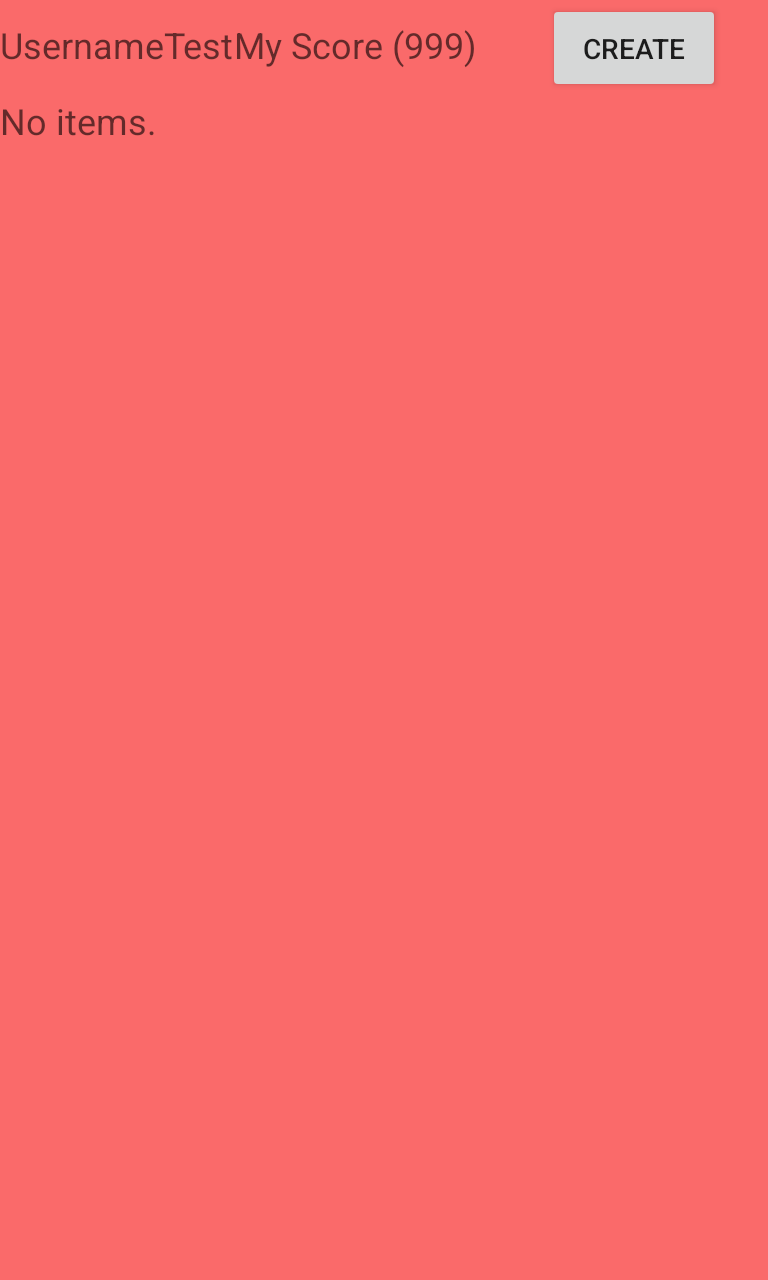
Repository: quantumlicht/android-capstone
Layout: capstone_client/res/layout/fragment_created_quiz.xml
An editor plug-in stored every save of this project. The layout is shown before and after the next save, followed by the edit.
It is drawn on a 768 x 1280 px phone screen (xhdpi) without system bars, with theme AppTheme; the app's code is not run. Lists and similar views that code fills are empty. The app's manifest (not shown) leaves right-to-left support off. So textAlignment, textDirection and layoutDirection are ignored, and left and right values win over start and end ones.

Above is the layout before, as saved 2014-11-15 03:19:44.

### capstone_client/res/layout/fragment_created_quiz.xml
<?xml version="1.0" encoding="utf-8"?>
<LinearLayout xmlns:android="http://schemas.android.com/apk/res/android"
    android:layout_width="match_parent"
    android:layout_height="match_parent"
    android:background="#fa6a6a"
    android:orientation="vertical" >

    <LinearLayout
        android:layout_width="match_parent"
        android:layout_height="wrap_content" >

        <TextView
            android:id="@+id/username"
            android:layout_width="wrap_content"
            android:layout_height="wrap_content"
            android:text="Username"
            android:textAppearance="?android:attr/textAppearanceMedium" />


          <TextView
            android:id="@+id/test"
            android:layout_width="wrap_content"
            android:layout_height="wrap_content"
            android:text="Test"
            android:textAppearance="?android:attr/textAppearanceMedium" />

        <TextView
            android:id="@+id/textView2"
            android:layout_width="156dp"
            android:layout_height="wrap_content"
            android:gravity="fill_horizontal|right"
            android:text="My Score (999)"
            android:textAlignment="gravity"
            android:textAppearance="?android:attr/textAppearanceMedium" />

        <Button
             android:id="@+id/createButton"
             android:layout_width="wrap_content"
             android:layout_height="wrap_content"
             android:text="Create" />
    </LinearLayout>

    <FrameLayout
        android:layout_width="match_parent"
        android:layout_height="299dp" >


        <ListView
            android:id="@+id/list"
            android:layout_width="match_parent"
            android:layout_height="match_parent"
            android:drawSelectorOnTop="false" />

        <TextView
            android:id="@id/android:list"
            android:layout_width="match_parent"
            android:layout_height="match_parent"
            android:text="No items."
            android:textAppearance="?android:attr/textAppearanceMedium" />

    </FrameLayout>

</LinearLayout>

### capstone_client/res/values/styles.xml
<resources>

    <!--
        Base application theme, dependent on API level. This theme is replaced
        by AppBaseTheme from res/values-vXX/styles.xml on newer devices.
    -->
    <style name="AppBaseTheme" parent="Theme.AppCompat.Light">
        <!--
            Theme customizations available in newer API levels can go in
            res/values-vXX/styles.xml, while customizations related to
            backward-compatibility can go here.
        -->
    </style>

    <!-- Application theme. -->
    <style name="AppTheme" parent="AppBaseTheme">
        <!-- All customizations that are NOT specific to a particular API-level can go here. -->
    </style>

    <declare-styleable name="FragmentArguments">
    	<attr name="android:label" />
	</declare-styleable>

</resources>

Loaded but not shown: capstone_client/res/values-v11/styles.xml (common file); capstone_client/res/values-v14/styles.xml (common file)

After the next save:
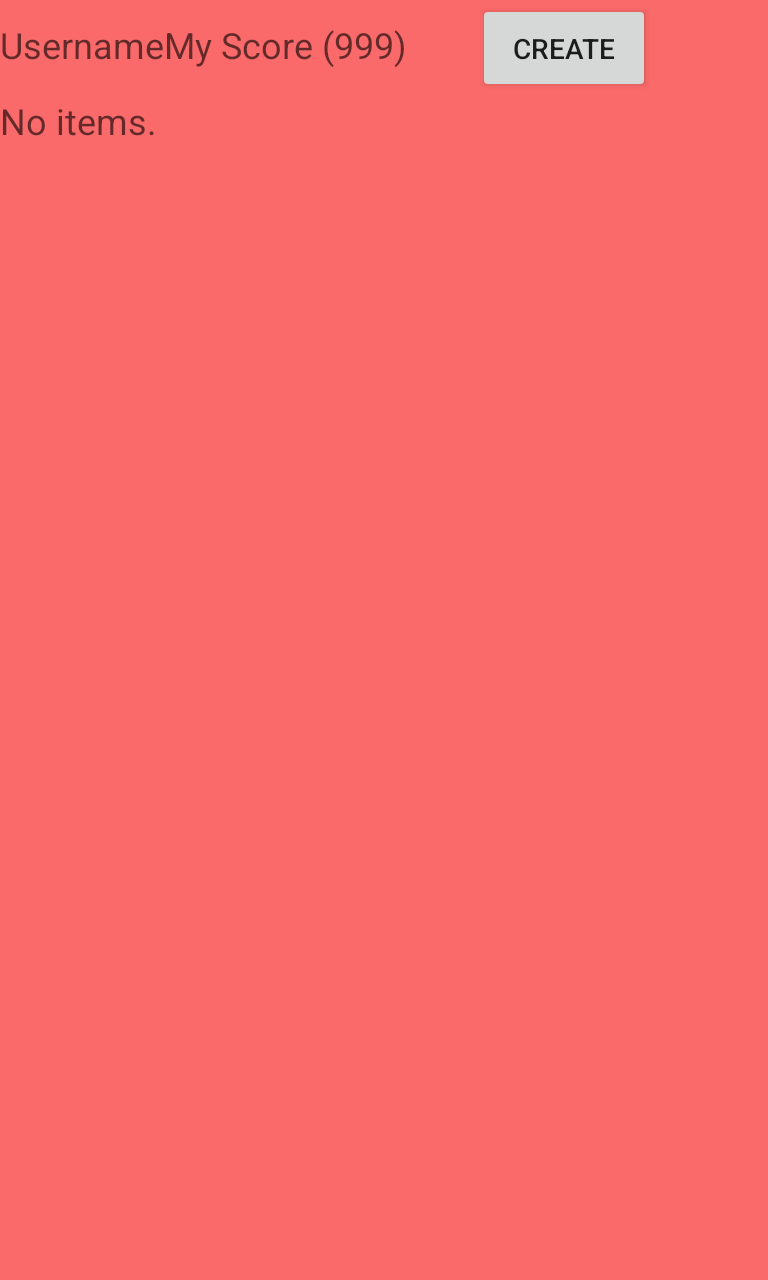
Saved 32 s later.
--- a/capstone_client/res/layout/fragment_created_quiz.xml
+++ b/capstone_client/res/layout/fragment_created_quiz.xml
@@ -14,14 +14,6 @@
             android:layout_width="wrap_content"
             android:layout_height="wrap_content"
             android:text="Username"
-            android:textAppearance="?android:attr/textAppearanceMedium" />
-
-
-          <TextView
-            android:id="@+id/test"
-            android:layout_width="wrap_content"
-            android:layout_height="wrap_content"
-            android:text="Test"
             android:textAppearance="?android:attr/textAppearanceMedium" />
 
         <TextView
